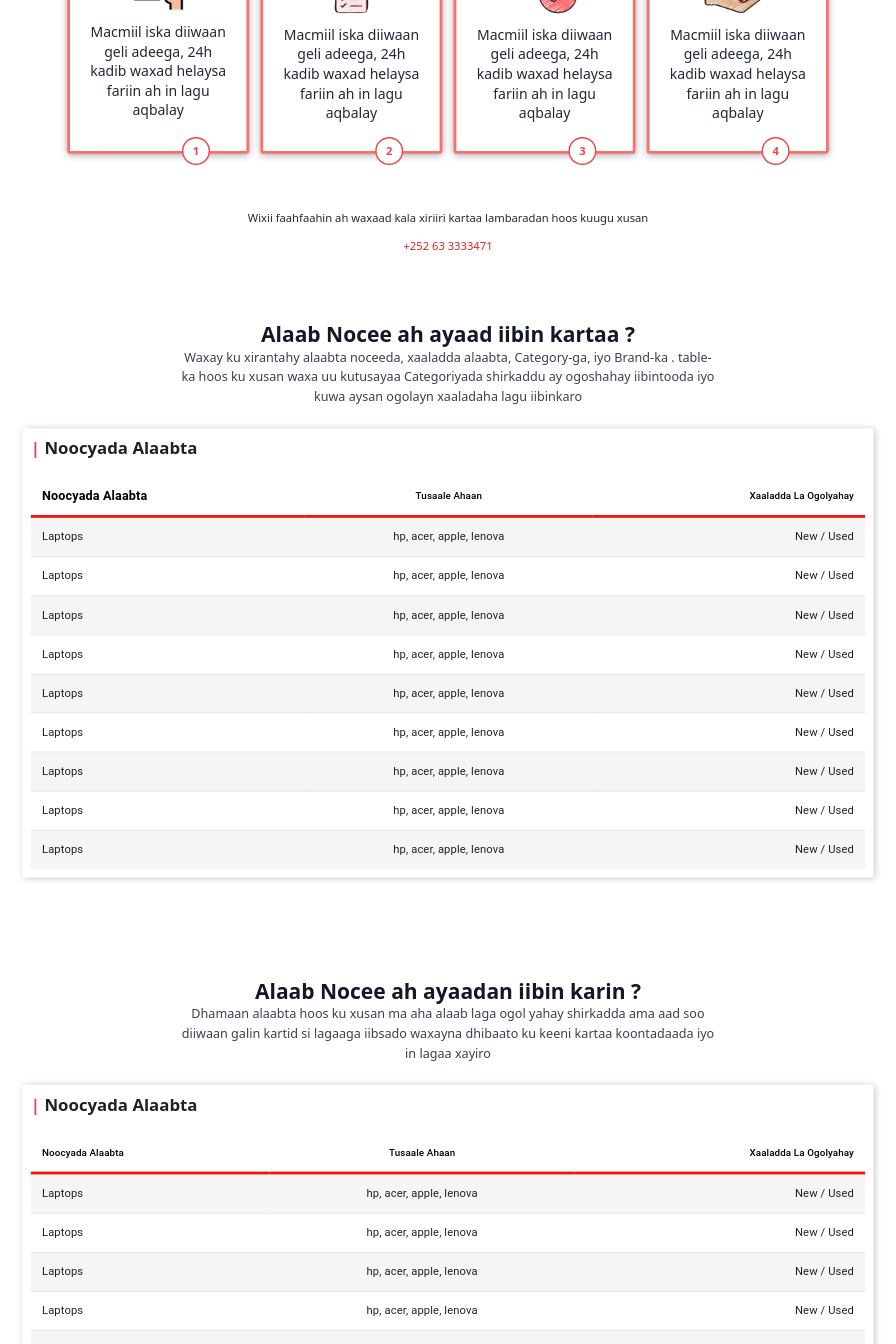
Repository: muraadso/Muraadso-Sellers
Page: /
The author's editor kept a copy of each file at every save. The page is drawn from the files as they stood at one save, then again after the next save.
The browser window is 1280 px wide. The pictures show the part of the page from y = 1824 to 3744 px (the page is 4160 px tall), at 70% of full size.
The project was rebuilt for these pictures with package versions that can differ from the ones it lists, and the page was loaded fresh each time. The framework's server and built-in components were replaced by stand-ins that run in the browser. Also part of the build but not shown: next.config.js.

Above is the page before, as saved 2021-12-06 19:54:23.

### pages/_app.js
import '../styles/globals.css'
 import 'tailwindcss/tailwind.css'
import { Layout } from '../components/Layout'


function MyApp({ Component, pageProps }) {
  return (
    <Layout>
      <Component {...pageProps} />
    </Layout>
  )
}

export default MyApp

### pages/index.js
import Head from 'next/head'
import Image from 'next/image'
import Hero from '../components/Hero'
import About from '../components/About'
import Howtoreg from '../components/Howtoreg'
import styles from '../styles/Home.module.css'
import { How } from '../components/How'


export default function Home() {
  return (
    <div className={styles.container}>
      <Head>
        <title>Muraadso Sellers</title>
        <meta name="description" content="Generated by create next app" />
        <link rel="icon" href="/favicon.ico" />
      </Head>
      <Hero />
      <About />
      <How />
      <Howtoreg />
    </div>
  )
}

### styles/globals.css
@import url('https://fonts.googleapis.com/css2?family=Lato:ital,wght@0,300;0,400;0,700;0,900;1,700&family=Poppins:wght@200;300;400;500;600;700&display=swap');
html,
body {
  padding: 0;
  margin: 0;
}

a {
  color: inherit;
  text-decoration: none;
}

* {
  box-sizing: border-box;
}


.navbar {
  box-shadow: 2px 1px 7px rgba(0, 0, 0, 0.226);
  font-family: 'Poppins', sans-serif  ;
  font-weight: 500;

}
  .logo{
    font-family: 'Lato', sans-serif;
    font-weight: 700;
    color: rgb(233, 59, 59);
    font-size: 20px ;
  }
  .how-card{
    position: relative;
    box-shadow: 0 2px 10px rgba(0, 0, 0, 0.336) ;
  }





@media screen and  (max-width: 768px){
  .nav{
    padding-top: 40px;
    display: flex;
    flex-direction: column;

  }

  .how-card{
  margin-bottom: 25px;
}

.tablle{
  margin-bottom: 90px;
}
.tablle2{

}

}




@tailwind base;
@tailwind components;
@tailwind utilities

### components/Layout.js
import Navbar from "./Navbar"
import Footer from "./Footer"

export const Layout = ({children}) => {
    return (
        <div className="layout">
            <Navbar />
                {children}
            <Footer />



        </div>
    )
}

### components/Hero.jsx
const Hero = () => {
    return (
        <div className="md:grid-cols-2 md:grid md:mt-11 hero">
                <div className="md:px-16 md:py-36 py-11 herotxt">
                    <h6 className="px-2 font-medium text-gray-500">ku iibi muraadso</h6>
                    <h1 className="my-5 text-3xl font-bold text-gray-800 capitalize md:font-bold md:text-gray-800 md:capitalize lg:text-6xl">sidee ugu iibin krtaa <br /> alaabtaada <span  className="text-red-600 md:text-red-600">muraadso</span></h1>

                    <p className="text-gray-700 md:text-left">
                         Whether you’ve already got an established e-commerce business , a great idea for a new product, or you just have a passion for selling, here’s how to take that next step with Muraadso </p>
                </div>

                <div className="heroimg">
                    <img className="w-4/4 "  src="/images/heroimage.png" alt="heroimage" />
                </div>
        </div>
    )
}

export default Hero

### components/About.jsx

const About = () => {
    return (
        <div className="mt-32">
            <h1 className="text-3xl font-bold text-center">Ku Iibso Muraadso</h1>
            <div className="gap-0 md:px-16 md:grid-cols-2 md:grid about-content">
                <div className="mt-12 aboutimg">
                  <img src="/images/aboutimage.png" className="md:h-96" alt="about image" />
                </div>
                <div className="md:mt-20 mt-11 about-text">
                    <p className="text-xl text-justify">
                        Muraadso waa hogaanka suuqa casriga ee online waana suuq aad ku iibin kartid alaabtaada, ahaw ganacsade alaabta sameeya, mid soo dajiya, si fudud ayaad ugu iibin kartaa suuqa casriga muraadso, sidoo kale ka mid noqo ganacsiyada shabakada internet ku iibiya alaabaha adiga oon ku kharash badan galin, kana faa’idaysanaya khubarada team ka muraadso helayana tobabaro iyo caawimo sidaad ugu iibin lahayd muraadso dhexdeeda Ku dhex iibta muraadso waa wax fudud sidoo kalena kharash yari kaaga bixi karo ama wax kharash ahi kaa baxayn, kaliya waxa lagaaga bahanyay in aad is diwaan galisid, kuna gurtid alaabta aad haysid online shirkada sidaana aad ku bilawdid iibka alaabtaada....<span className="text-red-600">Read More</span>
                    </p>
                </div>


            </div>
        </div>
    )
}

export default About

### components/Howtoreg.jsx
import * as React from 'react';
import { styled } from '@mui/material/styles';
import Table from '@mui/material/Table';
import TableBody from '@mui/material/TableBody';
import TableCell, { tableCellClasses } from '@mui/material/TableCell';
import TableContainer from '@mui/material/TableContainer';
import TableHead from '@mui/material/TableHead';
import TableRow from '@mui/material/TableRow';
import Paper from '@mui/material/Paper';

const StyledTableCell = styled(TableCell)(({ theme }) => ({

  [`&.${tableCellClasses.head}`]: {
    backgroundColor: theme.palette.common.white,
    color: theme.palette.common.black,
    borderBottom: '4px solid rgb(240, 17, 17)' ,

  },
  [`&.${tableCellClasses.body}`]: {
    fontSize: 16,
  },
}));

const StyledTableRow = styled(TableRow)(({ theme }) => ({
  '&:nth-of-type(odd)': {
    backgroundColor: theme.palette.action.hover,


  },
  // hide last border
  '&:last-child td, &:last-child th': {
    border: 0,
  },
}));





function createData(noocaAlaabta, tusaale, xaaladda) {
  return { noocaAlaabta, tusaale, xaaladda };
}

const rows = [
  createData('Laptops', 'hp, acer, apple, lenova ', 'New / Used'),
  createData('Laptops', 'hp, acer, apple, lenova ', 'New / Used'),
  createData('Laptops', 'hp, acer, apple, lenova ', 'New / Used'),
  createData('Laptops', 'hp, acer, apple, lenova ', 'New / Used'),
  createData('Laptops', 'hp, acer, apple, lenova ', 'New / Used'),
  createData('Laptops', 'hp, acer, apple, lenova ', 'New / Used'),
  createData('Laptops', 'hp, acer, apple, lenova ', 'New / Used'),
  createData('Laptops', 'hp, acer, apple, lenova ', 'New / Used'),
  createData('Laptops', 'hp, acer, apple, lenova ', 'New / Used'),

];

export default function Howtoreg() {
  return (
      <>
    <div className="flex flex-col items-center justify-center tablle mb-36">
                <h1 className="text-xl font-bold text-center text-gray-900 md:text-3xl">Alaab Nocee ah ayaad iibin kartaa ?</h1>
                <p className="max-w-3xl mb-8 text-sm text-center text-gray-700 md:text-lg">Waxay ku xirantahy alaabta noceeda, xaaladda alaabta, Category-ga, iyo Brand-ka .
                table-ka hoos ku xusan waxa uu kutusayaa Categoriyada shirkaddu ay ogoshahay iibintooda
                iyo kuwa aysan ogolayn xaaladaha lagu iibinkaro </p>

            <TableContainer className="" component={Paper} sx={{ padding: "12px", maxWidth: 1400, boxShadow: '2px 1px 11px rgba(0, 0, 0, 0.226)' }}>
        <h1 className="mb-6 text-2xl font-bold "> <span className="font-black text-red-500 ">|</span> Noocyada Alaabta</h1>
      <Table sx={{ minWidth: 700 }} aria-label="customized table">
        <TableHead>
          <TableRow>
            <StyledTableCell sx={{fontWeight:'bold', fontSize: '18px'}} >Noocyada Alaabta</StyledTableCell>
            <StyledTableCell align="center"> Tusaale Ahaan</StyledTableCell>
            <StyledTableCell align="right">Xaaladda La Ogolyahay</StyledTableCell>
          </TableRow>
        </TableHead>
        <TableBody>
          {rows.map((row) => (
            <StyledTableRow key={row.noocaAlaabta} sx={{backgroundColor: 'white'}}>
              <StyledTableCell component="th" scope="row">
                {row.noocaAlaabta}
              </StyledTableCell>
              <StyledTableCell   align="center">{row.tusaale}</StyledTableCell>
              <StyledTableCell align="right">{row.xaaladda}</StyledTableCell>
            </StyledTableRow>
          ))}
        </TableBody>
      </Table>
    </TableContainer>

    </div>

    <div className="flex flex-col items-center justify-center tablle2 mb-36">
            <h1 className="text-xl font-bold text-center text-gray-900 md:text-3xl">Alaab Nocee ah ayaadan iibin karin ?</h1>
            <p className="max-w-3xl mb-8 text-sm text-center text-gray-700 md:text-lg">Dhamaan alaabta hoos ku xusan ma aha alaab laga ogol yahay shirkadda
                ama aad soo diiwaan galin kartid si lagaaga iibsado waxayna dhibaato
                ku keeni kartaa koontadaada iyo in lagaa xayiro</p>

            <TableContainer className="" component={Paper} sx={{ padding: "12px", maxWidth: 1400, boxShadow: '2px 1px 11px rgba(0, 0, 0, 0.226)' }}>
                        <h1 className="mb-6 text-2xl font-bold"> <span className="font-black text-red-500 ">|</span> Noocyada Alaabta</h1>
      <Table sx={{ minWidth: 700 }} aria-label="customized table">
        <TableHead className="" >
          <TableRow className="">
            <StyledTableCell>Noocyada Alaabta</StyledTableCell>
            <StyledTableCell align="center"> Tusaale Ahaan</StyledTableCell>
            <StyledTableCell align="right">Xaaladda La Ogolyahay</StyledTableCell>
          </TableRow>
        </TableHead>
        <TableBody>
          {rows.map((row) => (
            <StyledTableRow key={row.noocaAlaabta} sx={{backgroundColor: 'white'}}>
              <StyledTableCell  component="th" scope="row">
                {row.noocaAlaabta}
              </StyledTableCell>
              <StyledTableCell   align="center">{row.tusaale}</StyledTableCell>
              <StyledTableCell align="right">{row.xaaladda}</StyledTableCell>
            </StyledTableRow>
          ))}
        </TableBody>
      </Table>
    </TableContainer>

    </div>

     </>
  );
}

### components/How.jsx
export const How = () => {
    return (
        <div className="flex flex-col items-center justify-center mt-32 mb-24 how md:gap-y-4 gap-y-11">
            <div className="howheader">
            <h2 className="text-4xl font-bold text-center">Sidee u shaqaysaa</h2>
            <p className="mt-2 text-lg text-center text-gray-600">habka uu ushaqeeyo adeegan waa sidatan hoos ku xusan</p>
            </div>
            <div className="h-full md:p-16 md:gap-4 gap-72 md:grid-cols-4 md:grid howsteps">

                <div className="relative max-h-full p-6 bg-white border-4 border-red-400 rounded how-card ">
                    <div className="flex items-center justify-center my-4 card-icon ">
                        <img  src="./icons/register.png" alt="register" />

                    </div>
                    <div className="mb-4 text-xl text-center text-gray-800 cardbody">
                        Macmiil iska diiwaan geli adeega, 24h kadib waxad helaysa fariin ah in lagu aqbalay
                    </div>
                    <div className="absolute flex items-center justify-center w-10 h-10 font-bold text-red-500 bg-white border-2 border-red-500 rounded-full md:left-36 -bottom-5 md:left-40 left-36 place-content-center card-number"> <h2>1</h2></div>
                </div>


                <div className="relative max-h-full p-6 bg-white border-4 border-red-400 rounded how-card ">
                    <div className="flex items-center justify-center my-4 card-icon ">
                        <img className="h-24"  src="./icons/features.png" alt="register" />
                    </div>
                    <div className="mb-4 text-xl text-center text-gray-800 cardbody">
                        Macmiil iska diiwaan geli adeega, 24h kadib waxad helaysa fariin ah in lagu aqbalay
                    </div>
                    <div className="absolute flex items-center justify-center w-10 h-10 font-bold text-red-500 bg-white border-2 border-red-500 rounded-full md:left-36 -bottom-5 md:left-40 left-36 place-content-center card-number"> <h2>2</h2></div>
                </div>




                <div className="relative max-h-full p-6 bg-white border-4 border-red-400 rounded how-card ">
                    <div className="flex items-center justify-center my-4 card-icon ">
                        <img className="h-24"  src="./icons/verified.png" alt="register" />

                    </div>
                    <div className="mb-4 text-xl text-center text-gray-800 cardbody">
                        Macmiil iska diiwaan geli adeega, 24h kadib waxad helaysa fariin ah in lagu aqbalay
                    </div>
                    <div className="absolute flex items-center justify-center w-10 h-10 font-bold text-red-500 bg-white border-2 border-red-500 rounded-full md:left-36 -bottom-5 md:left-40 left-36 place-content-center card-number"> <h2>3</h2></div>
                </div>


                <div className="relative max-h-full p-6 bg-white border-4 border-red-400 rounded how-card ">
                    <div className="flex items-center justify-center my-4 card-icon ">
                        <img className="h-24"  src="./icons/givemoney.png" alt="register" />

                    </div>
                    <div className="mb-4 text-xl text-center text-gray-800 cardbody">
                        Macmiil iska diiwaan geli adeega, 24h kadib waxad helaysa fariin ah in lagu aqbalay
                    </div>
                    <div className="absolute flex items-center justify-center w-10 h-10 font-bold text-red-500 bg-white border-2 border-red-500 rounded-full md:left-36 -bottom-5 md:left-40 left-36 place-content-center card-number"> <h2>4</h2></div>
                </div>

            </div>
            <p className="text-center text-gray-800">Wixii faahfaahin ah waxaad kala xiriiri kartaa lambaradan hoos kuugu xusan</p>
            <a className="font-medium text-red-600" href="#">+252 63 3333471</a>

        </div>
    )
}

### components/Navbar.jsx
import React, { useState } from "react";
import { HiOutlineMenuAlt2, HiOutlineMenuAlt3 } from "react-icons/hi";



export default function Navbar() {
  const [showNav, setShowNav] = useState(false);

  return (
    <nav className="sticky top-0 z-20 items-center justify-between bg-white px-14 md:px-24 md:py-3 navbar md:flex">
      <div className="flex items-center justify-between">
        <a href="#">
          <h2>Muraadso</h2>
        </a>


        {showNav ? (
          <HiOutlineMenuAlt3
            onClick={() => setShowNav(!showNav)}
            className="block w-10 h-10 p-2 cursor-pointer md:hidden" />

        ) : (
          <HiOutlineMenuAlt2
            onClick={() => setShowNav(!showNav)}
            className="block w-10 h-10 p-2 cursor-pointer md:hidden"
          />
        )}
      </div>

      <ul
        className={
          (showNav ? "left-0" : "-left-full") +
          " md:static fixed bottom-0 md:ml-24 top-14 md:flex md:space-x-6 items-center md:bg-transparent bg-red-300 rounded md:rounded-none md:bg-white bg-opacity-90 md:w-auto w-10/12 md:text-gray-800 text-gray-800  md:space-y-0 space-y-5 p-2 transition-left nav"
        }
      >
        <a href="#"> Home</a>
        <a href="#"> About</a>
        <a href="#"> Doc</a>
        <a href="#"> Contact Us</a>
      <a className="px-4 py-2 text-white bg-red-600 rounded" href="">Signup</a>
      </ul>
    </nav>
  );
}

























// const Navbar = () => {
//     return (
//         <div>
//      <div className="sticky top-0 z-20 items-center justify-between bg-white md:flex navbar">
//          <a className="logo" href="#">Muraadso</a>
//          <nav className="fixed bottom-0 items-center w-10/12 p-2 space-y-5 text-white bg-gray-500 md:static top-12 md:flex md:space-x-7 md:bg-transparent bg-opacity-90 md:w-auto md:text-gray-500 md:space-y-0 transition-left nav">
//              <a className="hover:text-red-600" href="">Home</a>
//              <a className="hover:text-red-600" href="">About</a>
//              <a className="hover:text-red-600" href="">Doc</a>
//              <a className="hover:text-red-600" href="">Contact Us</a>
//          </nav>
//          <a href="#" className="px-4 py-2 text-white bg-red-600 rounded hover:bg-red-700 signup ">Signup</a>
//      </div>

//         </div>
//     )
// }

// export default Navbar

### components/Footer.jsx
const Footer = () => {
    return (
        <div>
        </div>
    )
}

export default Footer

### tailwind.config.js
module.exports = {
   purge: ['./pages/**/*.{js,ts,jsx,tsx}', './components/**/*.{js,ts,jsx,tsx}'],
  darkMode: false, // or 'media' or 'class'
  theme: {
    extend: {
      transitionProperty: {
         'left': 'left',
        }
    },

  },
  variants: {
    extend: {},
  },
  plugins: [],
}

Loaded but not shown: pages/api/hello.js (common file); styles/Home.module.css (common file)

After the next save:
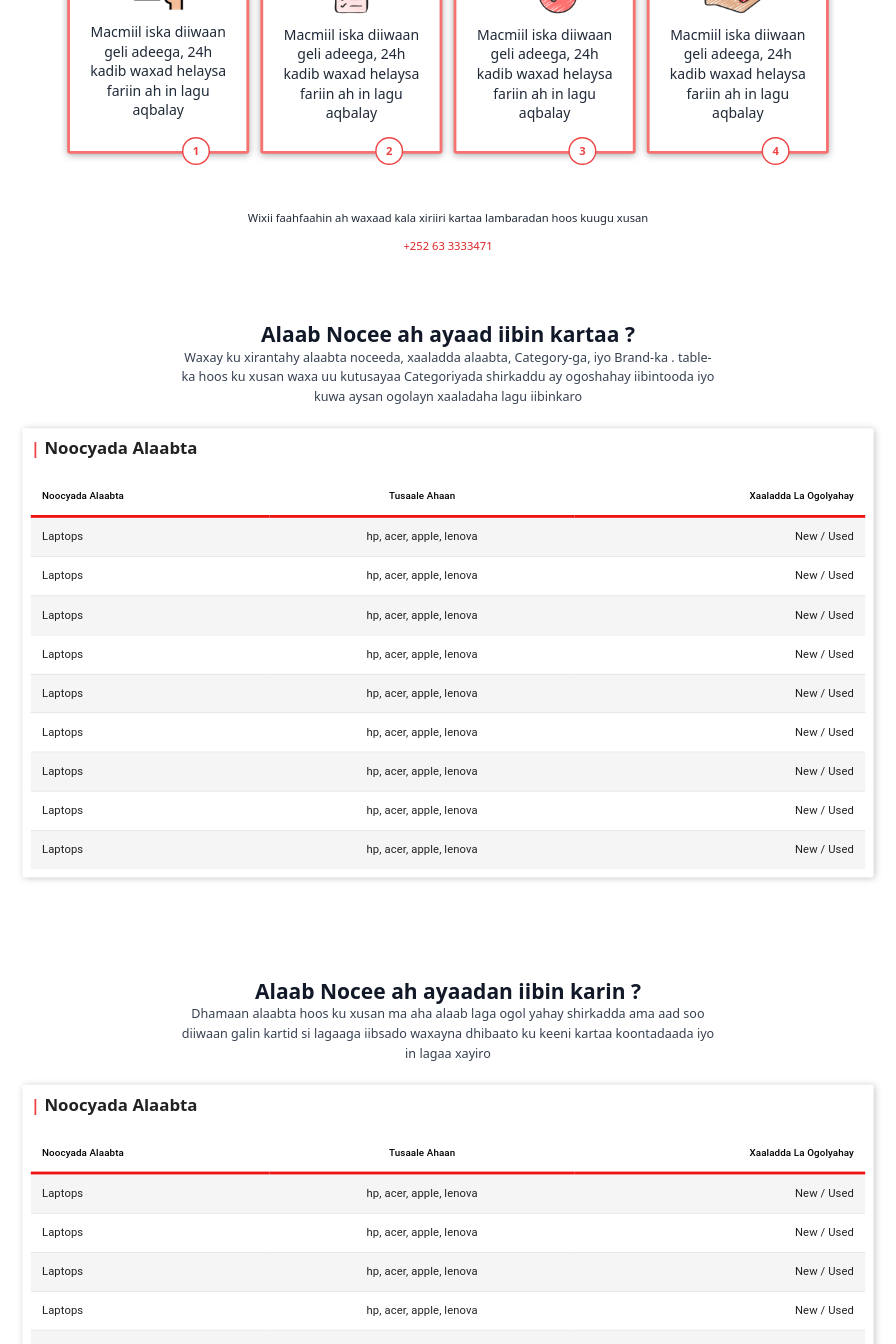
Saved 46 s later.
--- a/components/Howtoreg.jsx
+++ b/components/Howtoreg.jsx
@@ -68,7 +68,7 @@ export default function Howtoreg() {
       <Table sx={{ minWidth: 700 }} aria-label="customized table">
         <TableHead>
           <TableRow>
-            <StyledTableCell sx={{fontWeight:'bold', fontSize: '18px'}} >Noocyada Alaabta</StyledTableCell>
+            <StyledTableCell>Noocyada Alaabta</StyledTableCell>
             <StyledTableCell align="center"> Tusaale Ahaan</StyledTableCell>
             <StyledTableCell align="right">Xaaladda La Ogolyahay</StyledTableCell>
           </TableRow>
